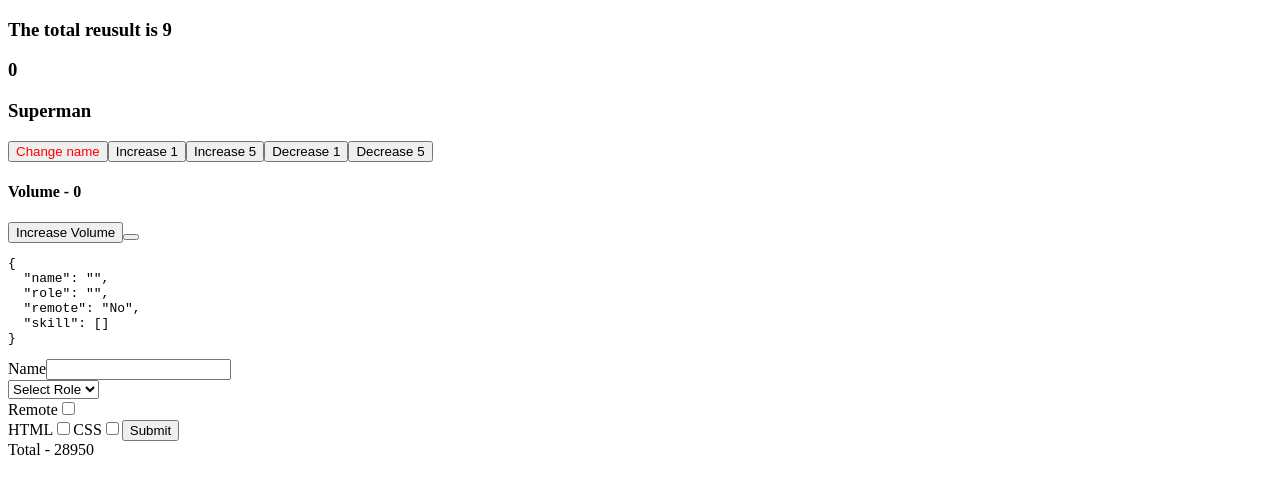
Repository: KZH2001/Vue_Practice
Page: / (app in Tutorial/)
These files come from the project's save history. The page is drawn as it stood at one moment and after a run of saves; the edit follows.
The browser window is 1280 px wide. The pictures show the whole page.
The project was rebuilt for these pictures with package versions that can differ from the ones it lists, and the page was loaded fresh each time. Also part of the build but not shown: Tutorial/vite.config.js.

Above is the page before, as saved 2026-01-20 23:25:29.

### Tutorial/src/App.vue


  <template>
  <h3>The total reusult is {{ add(2,3,4) }}</h3>
  <h3>{{ number  }}</h3>

  <h3 v-once>{{ name }}</h3>
  <button  v-bind:style="{color:color}" v-on:click="name = 'Batman'">Change name</button>
  <button @click="increaseNumber(1)">Increase 1</button>
  <button @click="increaseNumber(5)">Increase 5</button>
  <button @click="decreaseNumber(1)">Decrease 1</button>
  <button @click="decreaseNumber(5)">Decrease 5</button>


  <h4>Volume - {{ volume }}</h4>
  <button @click="volume +=1">Increase Volume</button>
  <button @click="volume -=1"></button>

  <pre>{{ JSON.stringify(formValues, null, 2) }}</pre>


  <form action="" @submit="submitForm">
    <label for="name">Name</label>
    <input v-model="formValues.name" id="name" type="text">
    <br>

    <select name="" id="" v-model="formValues.role">
      <option value="">Select Role</option>
      <option value="Web">Web</option>
      <option value="Network">Network</option>
    </select>
    <br>

    <label for="">Remote</label>
    <input v-model="formValues.remote" type="checkbox" true-value ="Yes" false-value="No">
    <br>
    <label for="">HTML</label>
    <input v-model="formValues.skill" value="HTML" type="checkbox">

     <label for="">CSS</label>
    <input v-model="formValues.skill" value="CSS" type="checkbox">

    <button>Submit</button>
  </form>


  <!-- <di>Total - {{ items.reduce((total,curr)=> (total =  total + curr.price),0) }}</di> -->
   <div>Total - {{ items.reduce((total,curr) => (total += curr.price),0) }}</div>
  </template>

  <style scoped>

  </style>

  <script >
    export default{


      data(){
        return{
          name: 'Superman',
          color: 'red',
          number: 0,
          formValues: {
            name: '',
            role: '',
            remote: "No",
            skill: [],
          },
            items: [
              {
              id: 1,
              firstName: "Kyz",
              price: 300
              },
               {
              id: 2,
              firstName: "Rye",
              price: 1300
              },
               {
              id: 3,
              firstName: "Crt",
              price: 21030
              },
               {
              id: 4,
              firstName: "Cxz",
              price: 3120
              },
               {
              id: 5,
              firstName: "Yte",
              price: 3200
              },
            ],
            volume: 0,
        }
      },
      methods: {
      add(a,b,c){
        return a+b+c
      },

      increaseNumber(num){
        this.number += num
      },

      decreaseNumber(num){
        this.number -= num
      },

      submitForm(w){
        w.preventDefault();
        console.log("result", this.formValues)
      }

    },
    watch: {
      volume(value){
        if (value == 3){
          alert("Alert");
        }
      }
    }

  }

  </script>

Loaded but not shown: Tutorial/index.html (common file); Tutorial/src/main.js (common file)

After the next 2 saves:
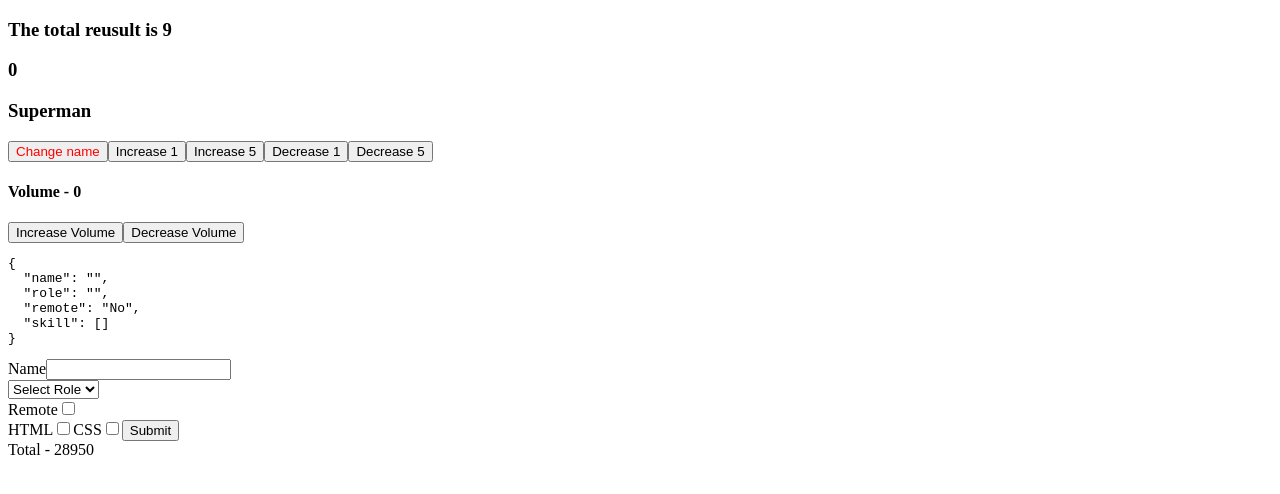
The 2 saves are shown as one change because they came seconds apart.
The last was saved 8 s later.
--- a/Tutorial/src/App.vue
+++ b/Tutorial/src/App.vue
@@ -14,7 +14,7 @@
 
   <h4>Volume - {{ volume }}</h4>
   <button @click="volume +=1">Increase Volume</button>
-  <button @click="volume -=1"></button>
+  <button @click="volume -=1">Decrease Volume</button>
 
   <pre>{{ JSON.stringify(formValues, null, 2) }}</pre>
 
